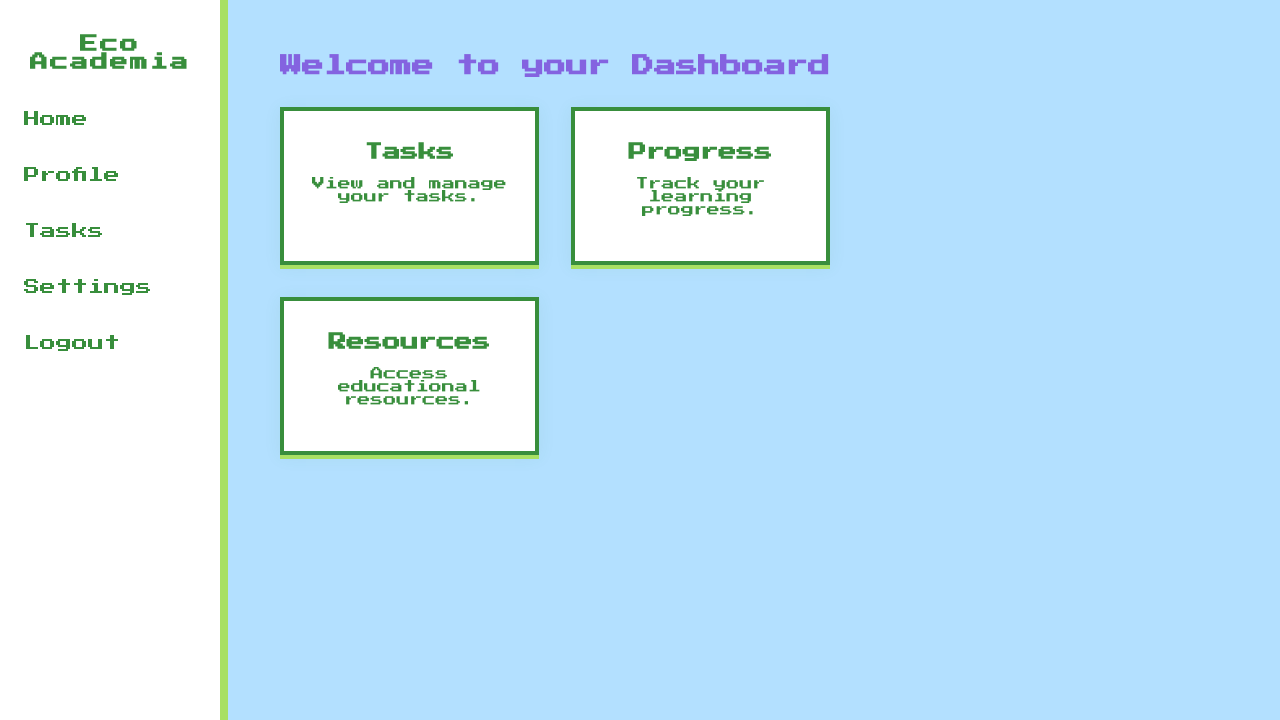
Repository: hotaruhshs/eco-academia
Page: dashboard/index.html
An editor plug-in stored every save of this project. The page is shown before and after the next save, followed by the edit.
The browser window is 1280 px wide. The pictures show the whole page.

Above is the page before, as saved 2025-07-06 01:34:46.

### dashboard/index.html
<!DOCTYPE html>
<html lang="en">
  <head>
    <meta charset="UTF-8" />
    <meta name="viewport" content="width=device-width, initial-scale=1.0" />
    <title>Eco Academia Dashboard</title>
    <link rel="stylesheet" href="css/dashboard.css" />
    <link
      href="https://fonts.googleapis.com/css2?family=Press+Start+2P&display=swap"
      rel="stylesheet"
    />
  </head>
  <body>
    <div class="sidebar">
      <h2>Eco Academia</h2>
      <ul>
        <li><a href="#">Home</a></li>
        <li><a href="#">Profile</a></li>
        <li><a href="#">Tasks</a></li>
        <li><a href="#">Settings</a></li>
        <li><a href="#">Logout</a></li>
      </ul>
    </div>
    <div class="main-content">
      <h1>Welcome to your Dashboard</h1>
      <div class="cards">
        <div class="card">
          <h3>Tasks</h3>
          <p>View and manage your tasks.</p>
        </div>
        <div class="card">
          <h3>Progress</h3>
          <p>Track your learning progress.</p>
        </div>
        <div class="card">
          <h3>Resources</h3>
          <p>Access educational resources.</p>
        </div>
      </div>
    </div>
    <script src="js/dashboard.js"></script>
  </body>
</html>

### dashboard/css/dashboard.css
body {
  margin: 0;
  font-family: "Press Start 2P", "Segoe UI", Tahoma, Geneva, Verdana, sans-serif;
  background: #b3e0ff;
  color: #23272e;
  min-height: 100vh;
  position: relative;
  display: flex;
  align-items: flex-start;
  justify-content: flex-start;
}
body::before,
body::after {
  display: none;
}
@import url("https://fonts.googleapis.com/css2?family=Press+Start+2P&display=swap");

.sidebar {
  position: fixed;
  left: 0;
  top: 0;
  width: 220px;
  height: 100%;
  background: #fff;
  color: #388e3c;
  padding: 20px 0;
  box-shadow: 4px 0 0 #a8e063;
  border-right: 4px solid #a8e063;
}
.sidebar h2 {
  text-align: center;
  margin-bottom: 30px;
  font-family: "Press Start 2P", cursive;
  font-size: 18px;
  letter-spacing: 2px;
  color: #388e3c;
}
.sidebar ul {
  list-style: none;
  padding: 0;
}
.sidebar ul li {
  margin: 20px 0;
}
.sidebar ul li a {
  color: #388e3c;
  text-decoration: none;
  font-size: 16px;
  display: block;
  padding: 10px 20px;
  border-radius: 0;
  border-left: 4px solid transparent;
  transition: background 0.2s, border-color 0.2s;
  font-family: "Press Start 2P", cursive;
}
.sidebar ul li a:hover {
  background: #a8e063;
  border-left: 4px solid #388e3c;
  color: #fff;
}
.main-content {
  margin-left: 240px;
  padding: 40px;
}
.main-content h1 {
  color: #8463e0;
  font-family: "Press Start 2P", cursive;
  font-size: 22px;
  margin-bottom: 24px;
}
.cards {
  display: grid;
  grid-template-columns: repeat(auto-fit, minmax(220px, 1fr));
  gap: 32px;
  margin-top: 30px;
}
.card {
  background: #fff;
  border-radius: 0;
  box-shadow: 0 4px 0 #a8e063, 0 2px 16px rgba(56, 142, 60, 0.08);
  padding: 32px 24px;
  border: 4px solid #388e3c;
  color: #388e3c;
  font-family: "Press Start 2P", "Segoe UI", Tahoma, Geneva, Verdana, sans-serif;
  text-align: center;
  transition: box-shadow 0.2s, border-color 0.2s;
  position: relative;
}
.card:hover {
  box-shadow: 0 8px 0 #a8e063, 0 4px 32px rgba(56, 142, 60, 0.18);
  border-color: #a8e063;
}
.card h3 {
  margin-top: 0;
  font-size: 18px;
  color: #388e3c;
  margin-bottom: 16px;
}
.card p {
  font-size: 13px;
  color: #388e3c;
}

/* Pixel-style button */
.btn-pixel {
  font-family: "Press Start 2P", cursive;
  background: #fff;
  color: #388e3c;
  border: 3px solid #388e3c;
  padding: 10px 24px;
  border-radius: 0;
  box-shadow: 2px 2px 0 #a8e063;
  cursor: pointer;
  transition: background 0.2s, color 0.2s;
  outline: 2px solid #a8e063;
  outline-offset: -6px;
  text-transform: uppercase;
  letter-spacing: 1px;
}
.btn-pixel:hover {
  background: #388e3c;
  color: #fff;
  border-color: #a8e063;
  outline: 2px solid #388e3c;
}

::-webkit-scrollbar {
  width: 8px;
  background: #fff;
}
::-webkit-scrollbar-thumb {
  background: #a8e063;
}

### dashboard/js/dashboard.js
// dashboard.js
// Add interactivity here if needed
console.log('Dashboard loaded');

After the next save:
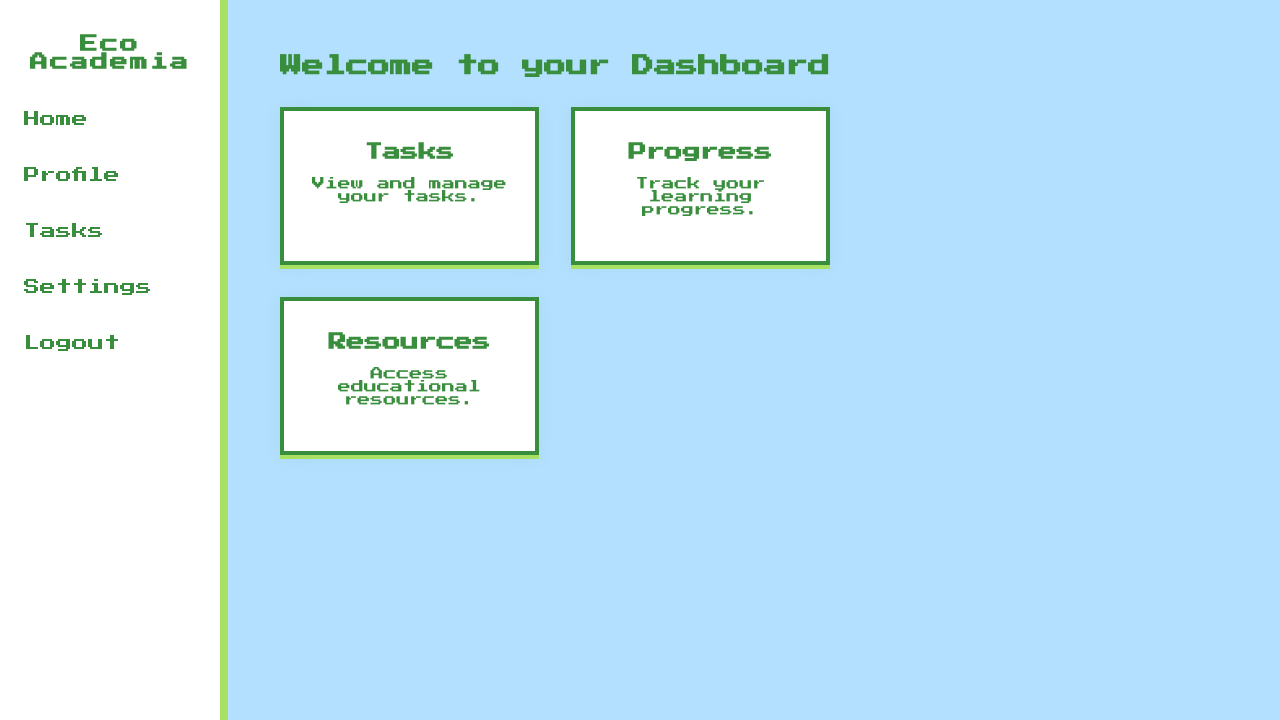
Saved 11 s later.
--- a/dashboard/css/dashboard.css
+++ b/dashboard/css/dashboard.css
@@ -63,7 +63,7 @@ body::after {
   padding: 40px;
 }
 .main-content h1 {
-  color: #8463e0;
+  color: #388e3c;
   font-family: "Press Start 2P", cursive;
   font-size: 22px;
   margin-bottom: 24px;
